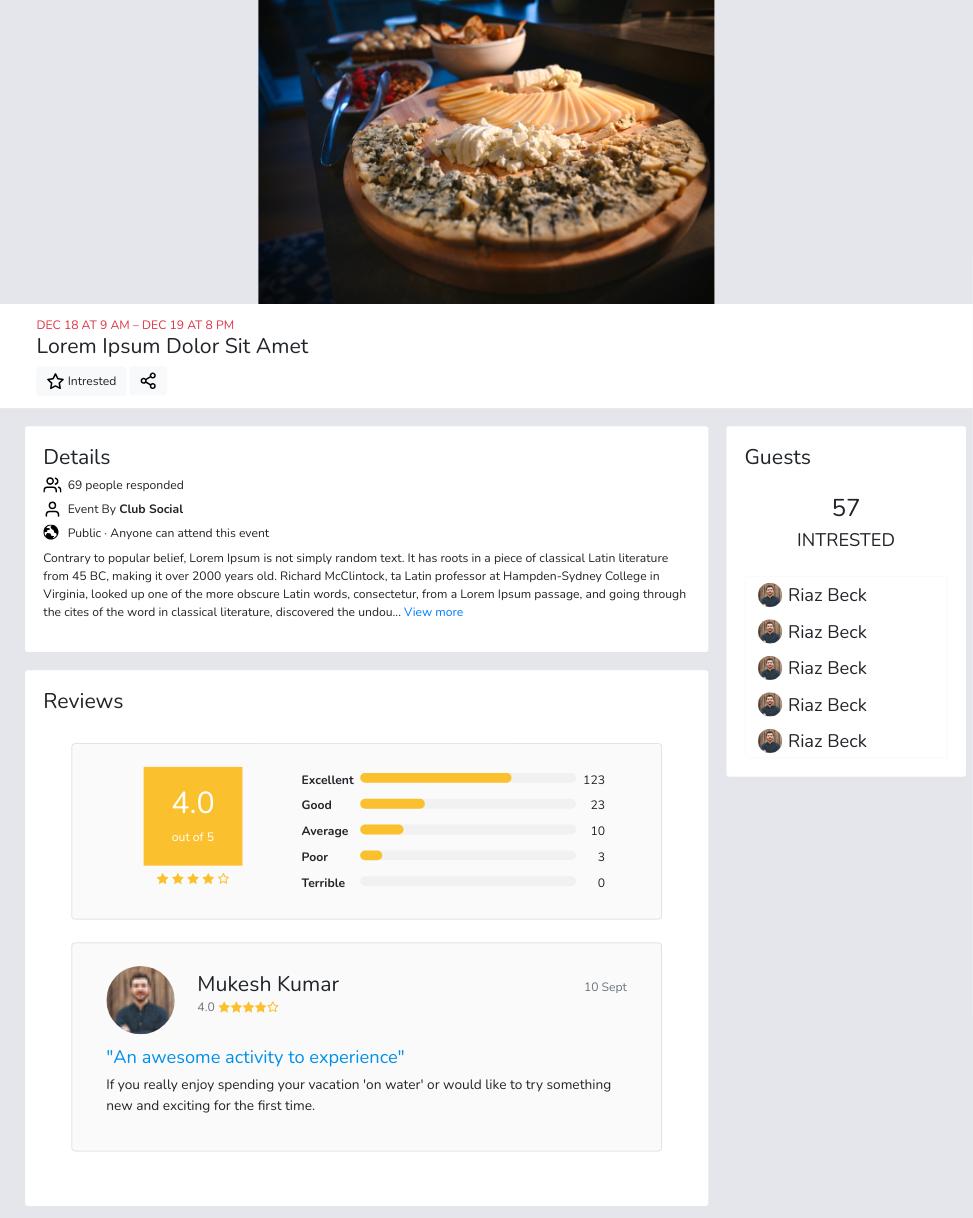
Repository: iamrachid/ensaevents
Page: event.html
These files come from the project's save history. The page is drawn as it stood at one moment and after the next save; the edit follows.
The browser window is 1280 px wide. The pictures show the whole page, at 76% of full size.

Above is the page before, as saved 2021-11-25 19:09:13.

After the next save:
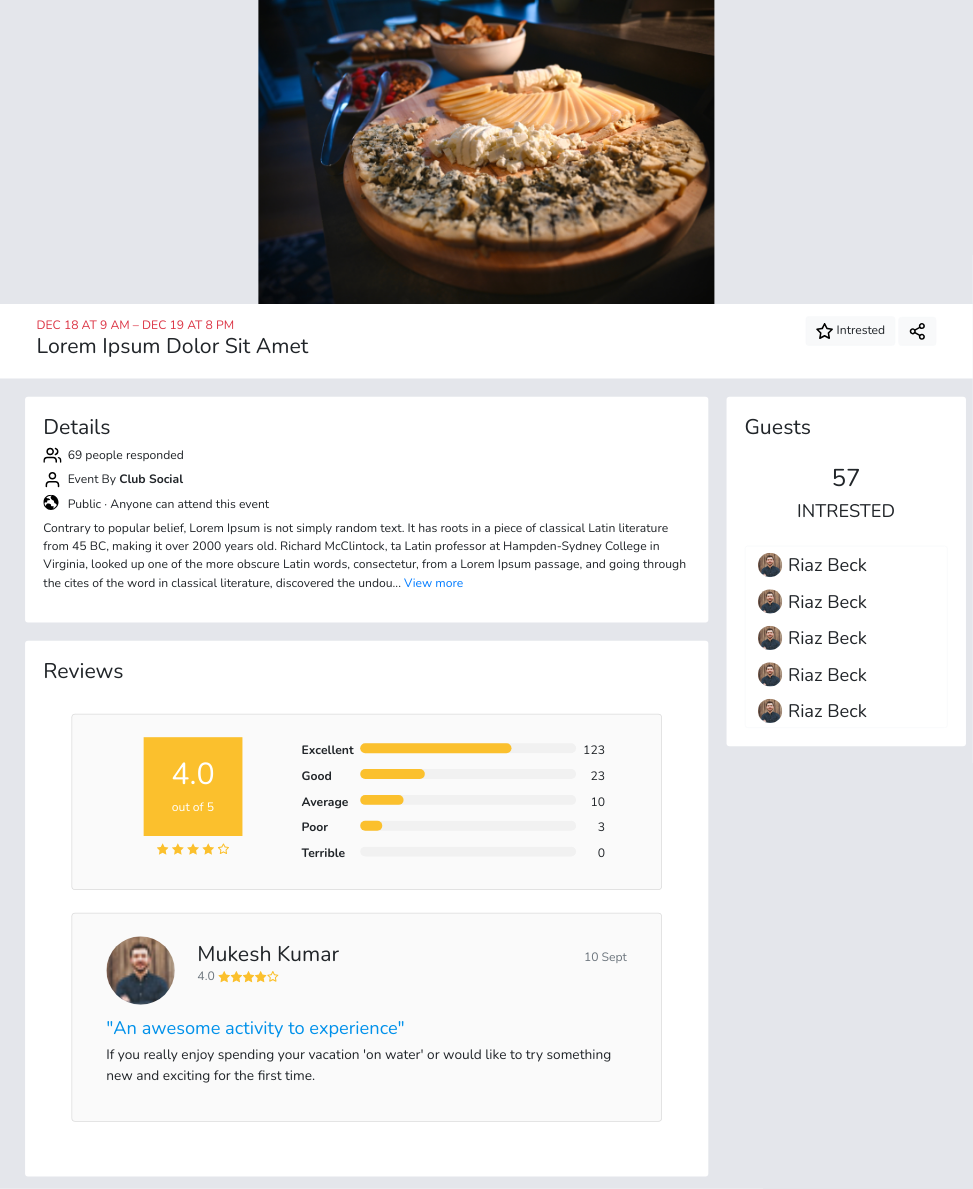
Saved 60 s later.
--- a/event.html
+++ b/event.html
@@ -24,7 +24,7 @@
     </div>
     <div class="py-3 px-md-5 px-3">
         <div class="row">
-            <div class="col-md-10 col-md-12">
+            <div class="col-md-10 col-12">
                 <span class="text-uppercase text-danger">DEC 18 AT 9 AM – DEC 19 AT 8 PM</span>
                 <h3>Lorem Ipsum Dolor Sit Amet</h3>
             </div>
